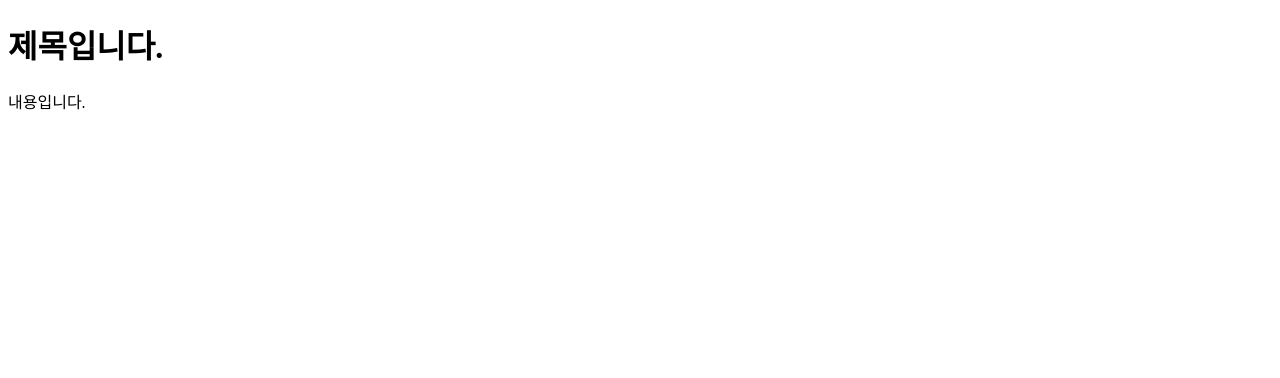
Repository: HongTaeHun337/HTML-CSS-JavaScript-
Page: html/HtmlTest/src/main/webapp/ex06_heading.html
An editor plug-in stored every save of this project. The page is shown before and after the next save, followed by the edit.
The browser window is 1280 px wide. The pictures show the whole page.

Above is the page before, as saved 2026-02-12 08:32:43.

After the next save:
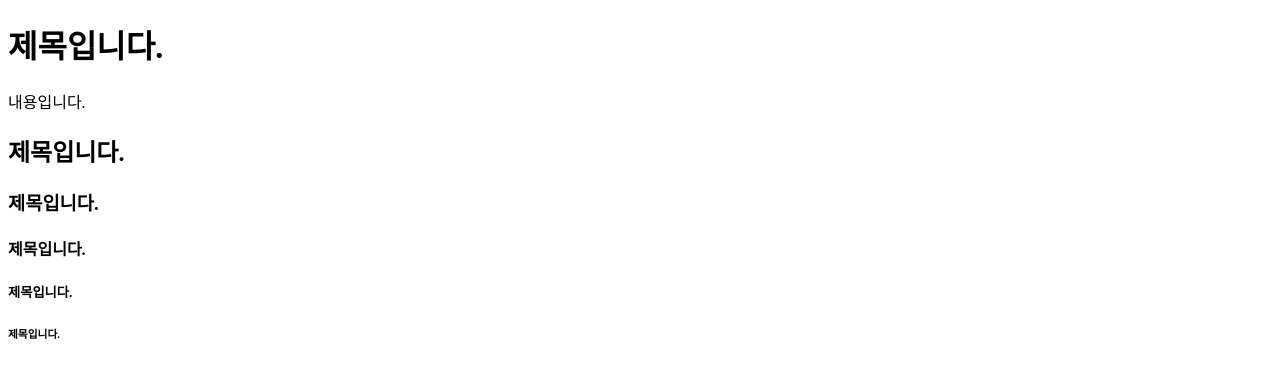
Saved 66 s later.
--- a/html/HtmlTest/src/main/webapp/ex06_heading.html
+++ b/html/HtmlTest/src/main/webapp/ex06_heading.html
@@ -21,5 +21,11 @@
 
 	 <div>내용입니다.</div>
 
+	 <h2>제목입니다.</h2>
+	 <h3>제목입니다.</h3>
+	 <h4>제목입니다.</h4>
+	 <h5>제목입니다.</h5>
+	 <h6>제목입니다.</h6>
+
 </body>
 </html>
